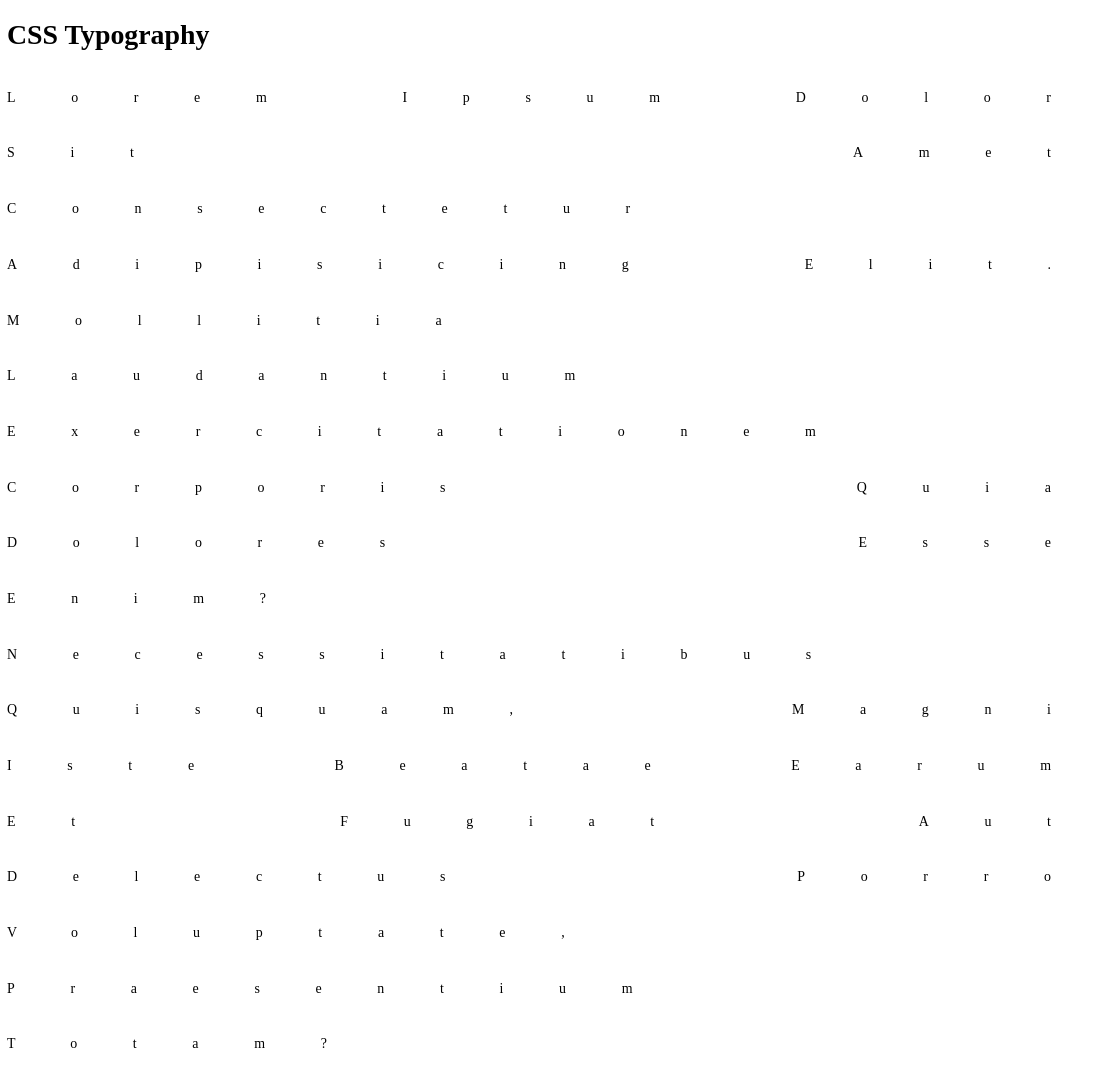
Repository: madhurik9999/Css
Page: index.html
These files come from the project's save history. The page is drawn as it stood at one moment and after the next save; the edit follows.
The browser window is 1280 px wide. The pictures show the whole page, at 87% of full size.

Above is the page before, as saved 2023-12-10 13:29:06.

After the next save:
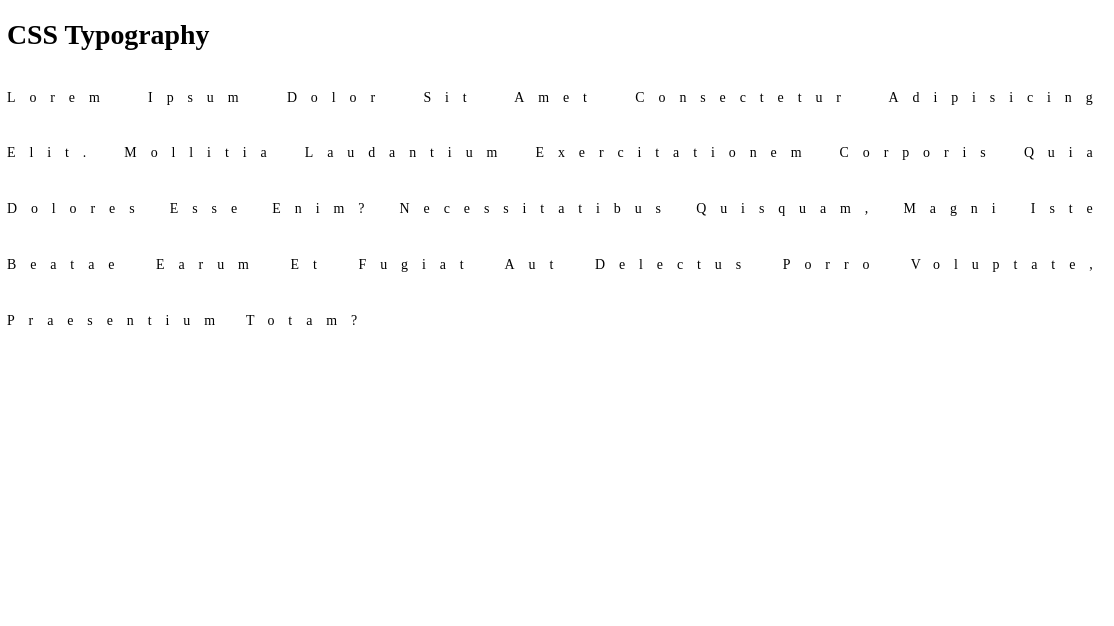
Saved 5 s later.
--- a/styles/style.css
+++ b/styles/style.css
@@ -17,5 +17,5 @@ p {
     text-align: justify;
     /* text-indent: 5em;  // tab */
     line-height: 4rem;
-    letter-spacing: 4rem;
+    letter-spacing: 1rem;
 }
